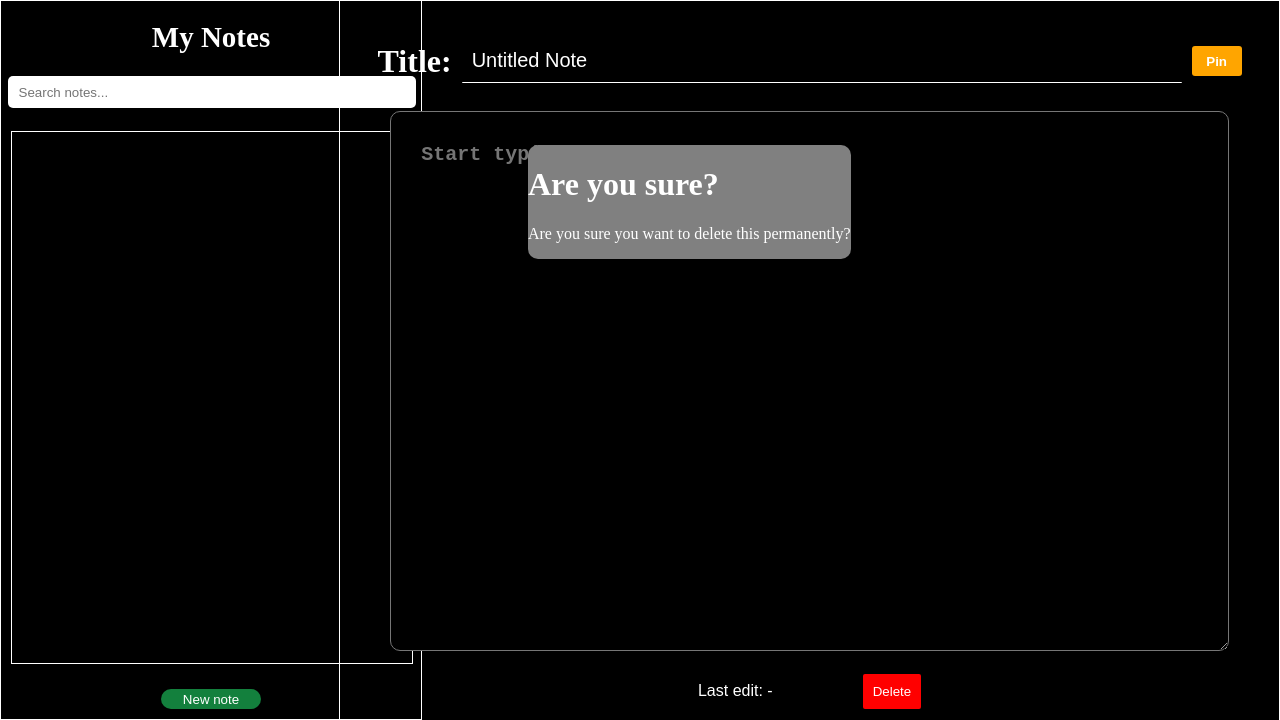
Repository: dmpelaez/myNotes
Page: QuickNotes.html
An editor plug-in stored every save of this project. The page is shown before and after the next save, followed by the edit.
The browser window is 1280 px wide. The pictures show the whole page.

Above is the page before, as saved 2025-12-18 21:53:25.

### QuickNotes.html
<!DOCTYPE html>

  <html>

    <head>

      <title>Quick Notes</title>

      <!--CSS LINK-->
      <link rel="stylesheet" href="QuickNotes.css">
    </head>
    <body>

      <!--Note section-->
      <aside class="aside-section">

        <!--My notes part-->
        <div class="myNotes">
          <p class="my-notes-text">My Notes</p>
        </div>
        <!--Search notes-->
        <div class="input-box">
          <input class="input" placeholder="Search notes...">
        </div>
        <!--Notes-->
        <div class="note-list"></div>
        <!--add button-->
        <button class="add-button">New note</button>

      </aside>

      <!---Typing section-->
      <main class="main-section">

        <!--Header-->
        <div class="header-section">
          <h1>Title:</h1>
          <input class="title-notes" placeholder="Untitled Note">
          <button class="pin-btn">Pin</button>
        </div>

        <!--text area-->
        <div class="texting-area">
          <textarea class="textarea" placeholder="Start typing..."></textarea>
        </div>

        <!---Delete button-->
        <div class="delete">
          <span class="edit">Last edit: -</span>
          <button class="delete-btn">Delete</button>
        </div>

        <div class="delete-confirm">

          <div class="modal-delete">
            <h1>Are you sure?</h1>
            <p class="sure-text">Are you sure you want to delete this permanently?</p>
          </div>

        </div>

      </main>


    </body>

  </html>

### QuickNotes.css
body {
  margin: 0;
  padding: 0;
  background: black;
  box-sizing: border-box;
}
* {
  color: rgb(255, 255, 255);
}
.aside-section {
  border: 1px solid white;
  display: grid;
  width: 400px;
  position: fixed;
  bottom: 0;
  top: 0;
  grid-template-rows: 40px 30px 1fr 20px;
  padding: 10px;
  gap: 25px;

}

.my-notes-text {
  display: flex;
  margin: 0px;
  justify-self: center;
  align-self: center;
  margin-top: 10px;
}
.note-list {
  border: 1px solid white;
  width: 100%;
}

.my-notes-text {
  font-weight: bold;
  font-size: 29px;
}

.input {
  color: black;
  display: flex;
  align-self: center;
  justify-self: center;
  Width: 99%;
  height: 100%;
  border-radius: 5px;
  border: none;
  outline: none;
  padding-left: 10px;
  margin-left: 1px;
}
.input::placeholder {
  padding-left: 1px;

}

.add-button {
  width: 100px;
  display: flex;
  justify-self: center;
  background: rgb(19, 128, 61);
  border: none;
  border-radius: 10px;
  color: white;
  font-family: arial;
  align-items: center;
  justify-content: center;
  cursor: pointer;
}

.note-list {
  display: grid;
}

.main-section {
  position: fixed;
  left: 26.5%;
  border: 1px solid white;
  right: 0px;
  height: 100%;
  display: grid;
  grid-template-rows: 70px 1fr 30px;
  gap: 40px;

}

.header-section {
  display: flex;
  justify-self: center;
  align-self: center;
  gap: 10px;
  margin-top: 50px;
  align-items: center;
}
.title-notes {
  width: 700px;
  padding: 10px;
  border-radius: 1px;
  background: none;
  border: none;
  border-bottom: 1px solid white;
  outline: none;
 font-size: 20px;
 font-family: arial;
}

.title-notes::placeholder {
  color: white;
  font-family: arial;
  font-size: 20px;

}

.pin-btn {
  background: orange;
  border: none;
  border-radius: 3px;
  font-family: arial;
  font-weight: bold;
  width: 50px;
  height: 30px
}

.texting-area {
  display: flex;
  padding-right: 50px;
  padding-left: 50px;
}
.textarea {
  background: black;
  outline: none;
  display: flex;
  width: 100%;
  padding-left: 30px;
  padding-right: 80px;
  padding-top: 30px;
  line-height: 25px;
  font-size: 20px;
  font-weight: bold;
  border-radius: 10px;
}

.delete {
  display: flex;
  justify-content: center;
  align-items: center;
  gap: 90px;
  margin-bottom: 40px;

}
.delete-btn {
  background: red;
  border: none;
  border-radius: 2px;
  padding: 10px;
  cursor: pointer;
}
.edit {
  font-family: arial;
}

.delete-confirm {
  position: absolute;
  left: 20%;
  top: 20%;
  display: flex;
  background: gray;
  border-radius: 10px;
  flex-direction: column;
}

After the next save:
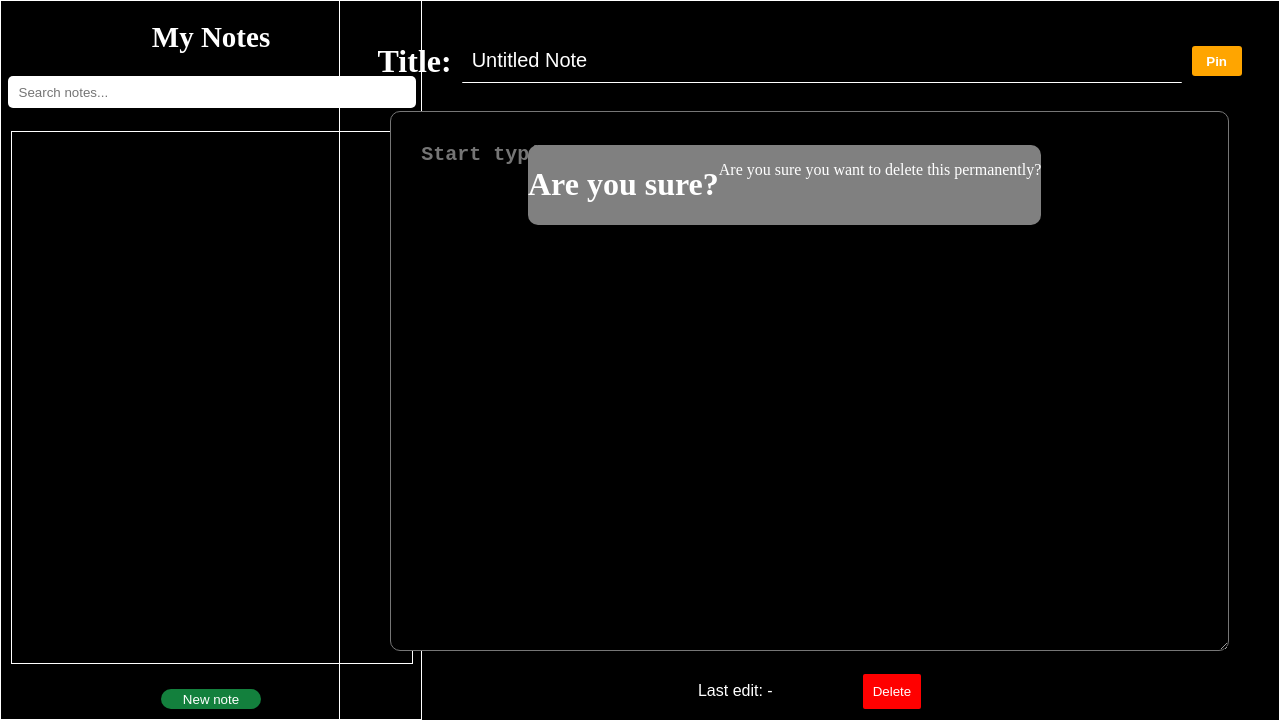
Saved 28 s later.
--- a/QuickNotes.css
+++ b/QuickNotes.css
@@ -169,3 +169,6 @@ body {
   border-radius: 10px;
   flex-direction: column;
 }
+.modal-delete {
+  display: flex;
+}

After the save that followed:
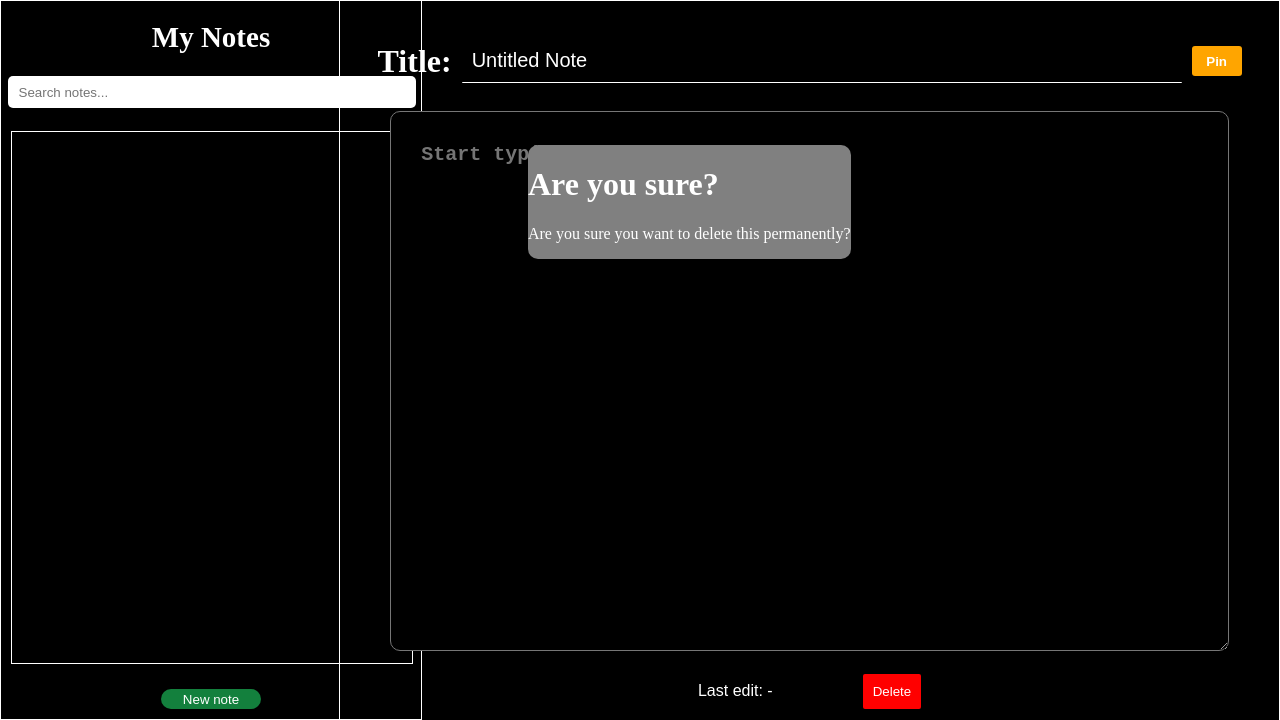
Saved 12 s later.
--- a/QuickNotes.css
+++ b/QuickNotes.css
@@ -170,5 +170,5 @@ body {
   flex-direction: column;
 }
 .modal-delete {
-  display: flex;
+
 }
